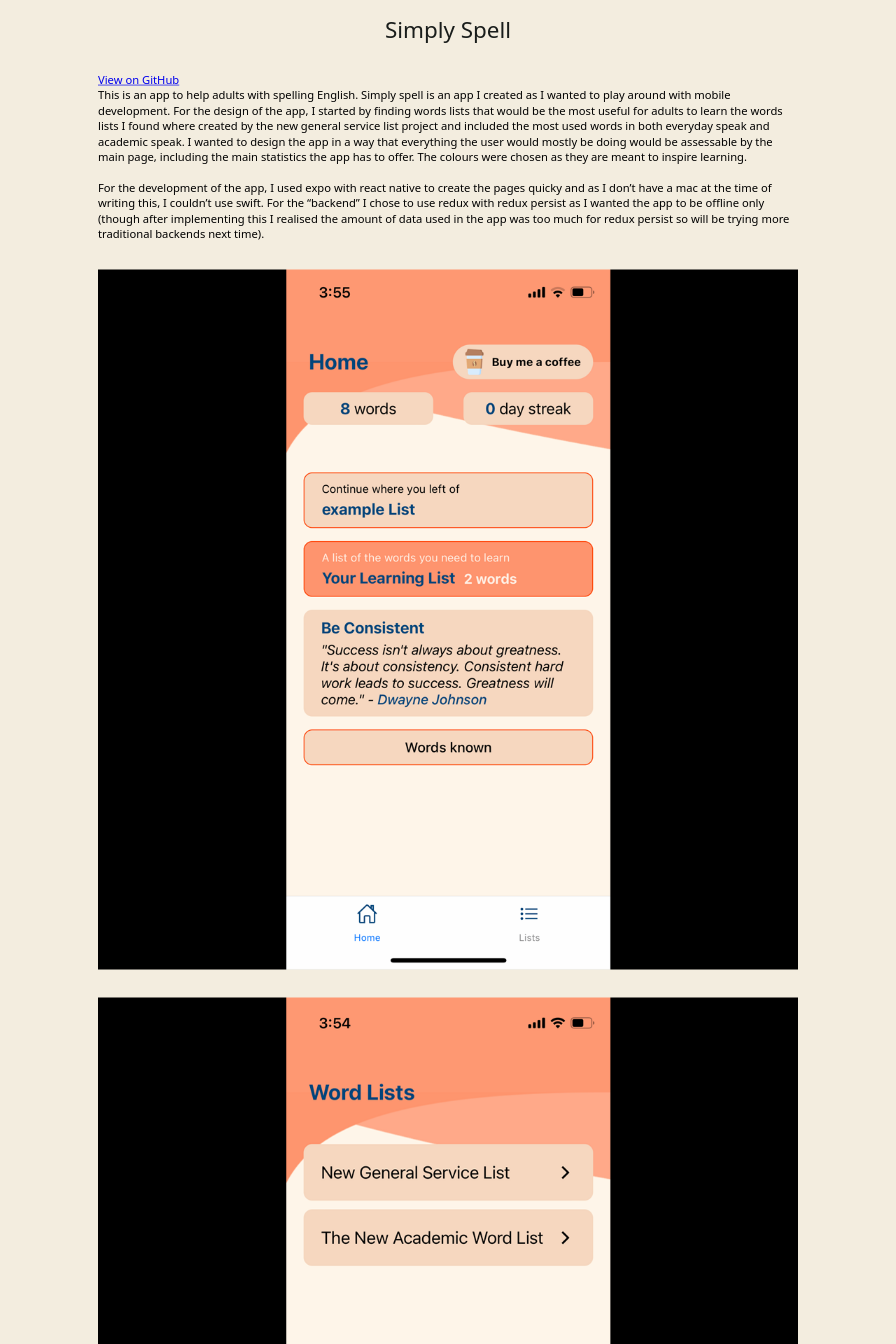
Repository: David-Waite/simpleespellwebsite
Page: /
An editor plug-in stored every save of this project. The page is shown before and after the next save, followed by the edit.
The browser window is 1280 px wide. The pictures show the part of the page from y = 0 to 1920 px (the page is 9787 px tall), at 70% of full size.
The project was rebuilt for these pictures with package versions that can differ from the ones it lists, and the page was loaded fresh each time.

Above is the page before, as saved 2023-07-27 19:23:02.

### src/index.css
* {
  margin: 0;
  padding: 0;
  font-family: system-ui, -apple-system, BlinkMacSystemFont, "Segoe UI", Roboto,
    Oxygen, Ubuntu, Cantarell, "Open Sans", "Helvetica Neue", sans-serif;
}

body {
  background-color: #f3eddf;

  padding: 20px;
}

.container {
  display: flex;
  flex-direction: column;
  align-items: center;
  max-width: 1000px;
  margin: 0 auto;
  overflow: hidden;
  gap: 40px;
}

h1 {
  text-align: center;
  font-weight: 300;
  color: #191d1b;
}

.each-slide-effect > div {
  display: flex;
  align-items: center;
  justify-content: center;
  background-size: cover;
  height: 350px;
}

.each-slide-effect span {
  padding: 20px;
  font-size: 20px;
  background: #efefef;
  text-align: center;
}

### src/App.js
import React from "react";
import { Slide } from "react-slideshow-image";

export default function App() {
  const images = [
    "../simplySpell1.PNG",
    "../simplySpell2.PNG",
    "../simplySpell3.PNG",
    "../simplySpell4.PNG",
    "../simplySpell5.PNG",
    "../simplySpell6.PNG",
    "../simplySpell7.PNG",
    "../simplySpell8.PNG",
    "../simplySpell9.PNG",
  ];

  return (
    <div className="container">
      <h1>Simply Spell</h1>

      <div>
        <a href="https://github.com/David-Waite/SpellingApp">View on GitHub</a>
        <p>
          This is an app to help adults with spelling English. Simply spell is
          an app I created as I wanted to play around with mobile development.
          For the design of the app, I started by finding words lists that would
          be the most useful for adults to learn the words lists I found where
          created by the new general service list project and included the most
          used words in both everyday speak and academic speak. I wanted to
          design the app in a way that everything the user would mostly be doing
          would be assessable by the main page, including the main statistics
          the app has to offer. The colours were chosen as they are meant to
          inspire learning. <br />
          <br />
          For the development of the app, I used expo with react native to
          create the pages quicky and as I don’t have a mac at the time of
          writing this, I couldn’t use swift. For the “backend” I chose to use
          redux with redux persist as I wanted the app to be offline only
          (though after implementing this I realised the amount of data used in
          the app was too much for redux persist so will be trying more
          traditional backends next time).
        </p>
      </div>
      <img src={images[0]} alt="image" />
      <img src={images[1]} alt="image" />
      <img src={images[2]} alt="image" />
      <img src={images[3]} alt="image" />
      <img src={images[4]} alt="image" />
      <img src={images[5]} alt="image" />
      <img src={images[6]} alt="image" />
      <img src={images[7]} alt="image" />
      <img src={images[8]} alt="image" />
      <img src={images[9]} alt="image" />
    </div>
  );
}

Loaded but not shown: public/index.html (common file); src/index.js (common file); src/reportWebVitals.js (common file)

After the next save:
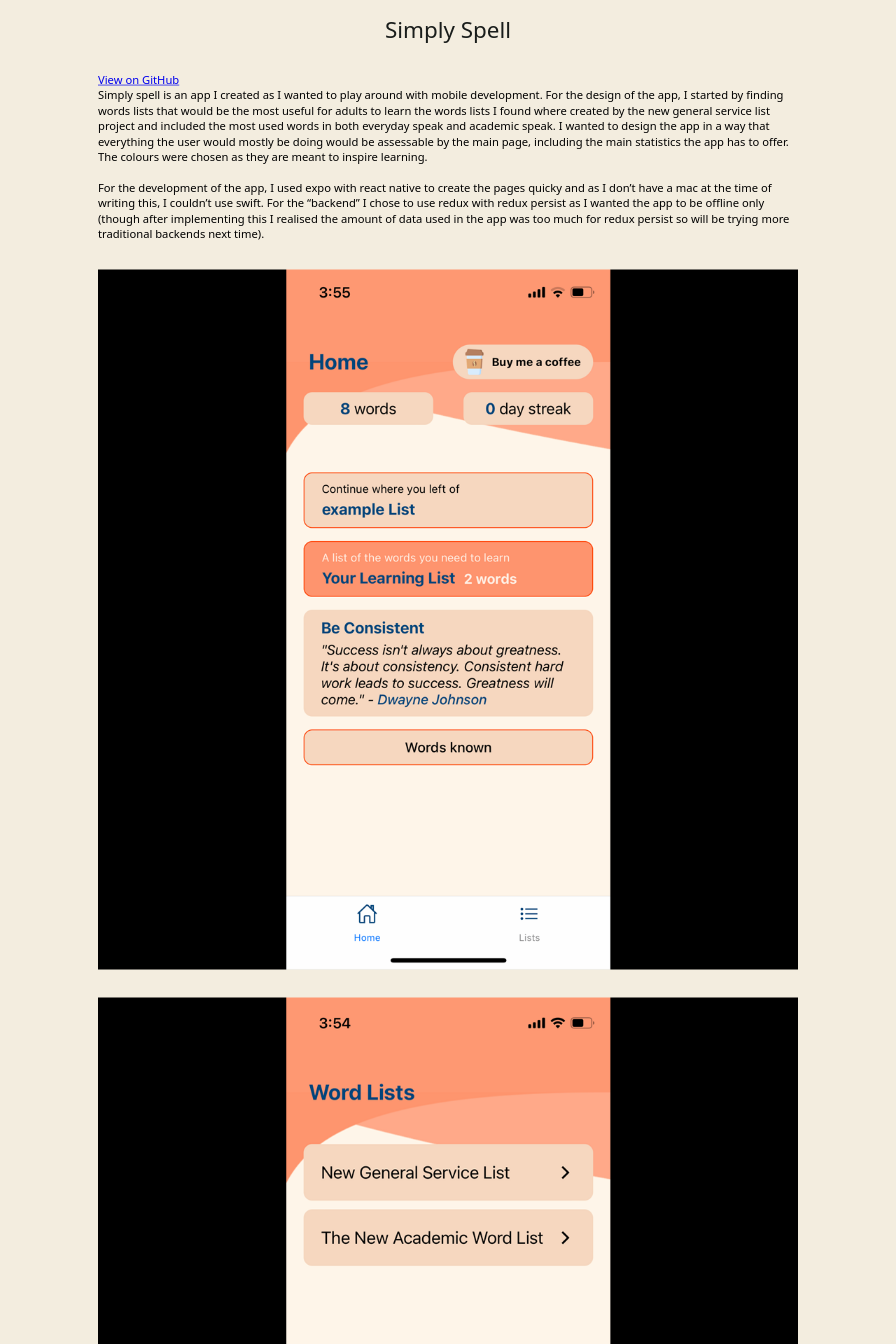
Saved 7 s later.
--- a/src/App.js
+++ b/src/App.js
@@ -21,16 +21,15 @@ export default function App() {
       <div>
         <a href="https://github.com/David-Waite/SpellingApp">View on GitHub</a>
         <p>
-          This is an app to help adults with spelling English. Simply spell is
-          an app I created as I wanted to play around with mobile development.
-          For the design of the app, I started by finding words lists that would
-          be the most useful for adults to learn the words lists I found where
-          created by the new general service list project and included the most
-          used words in both everyday speak and academic speak. I wanted to
-          design the app in a way that everything the user would mostly be doing
-          would be assessable by the main page, including the main statistics
-          the app has to offer. The colours were chosen as they are meant to
-          inspire learning. <br />
+          Simply spell is an app I created as I wanted to play around with
+          mobile development. For the design of the app, I started by finding
+          words lists that would be the most useful for adults to learn the
+          words lists I found where created by the new general service list
+          project and included the most used words in both everyday speak and
+          academic speak. I wanted to design the app in a way that everything
+          the user would mostly be doing would be assessable by the main page,
+          including the main statistics the app has to offer. The colours were
+          chosen as they are meant to inspire learning. <br />
           <br />
           For the development of the app, I used expo with react native to
           create the pages quicky and as I don’t have a mac at the time of
